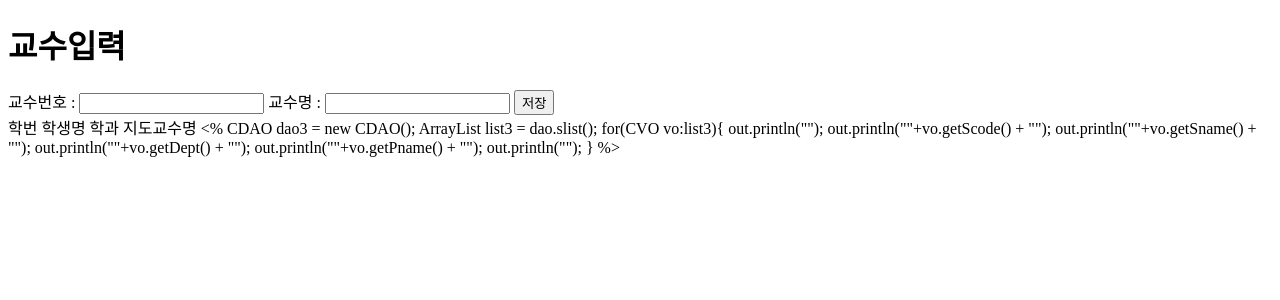
Repository: carminesteel/html
Page: 0406/ex0507/WebContent/pinsert.html
The author's editor kept a copy of each file at every save. The page is drawn from the files as they stood at one save, then again after the next save.
The browser window is 1280 px wide. The pictures show the whole page.
Some web libraries are served in a nearby version.

Above is the page before, as saved 2020-05-07 01:41:06.

After the next save:
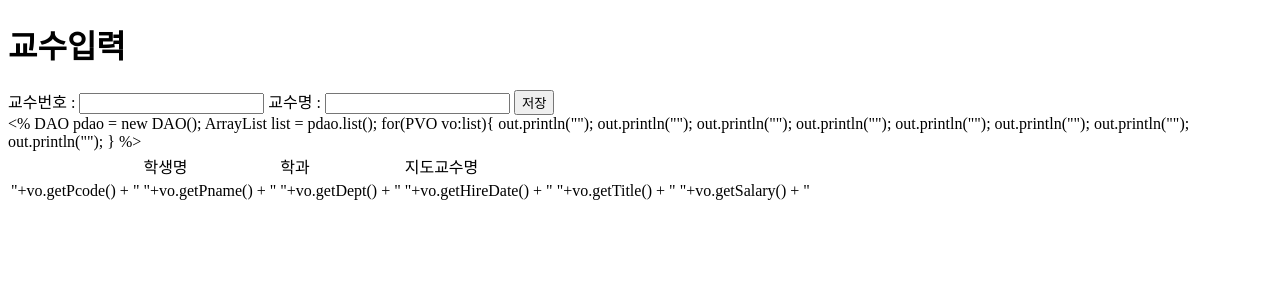
Saved 4 min 25 s later.
--- a/0406/ex0507/WebContent/pinsert.html
+++ b/0406/ex0507/WebContent/pinsert.html
@@ -13,24 +13,28 @@
 		교수명 : <input type = "text" id= "txtpname">
 		<input type = "button" id = "btnSave" value="저장">
 	</div>
+	<table>
 	<tr class = stitle>
-			<td>학번</td>
+			<td></td>
 			<td>학생명</td>
 			<td>학과</td>
 			<td>지도교수명</td>
 		</tr>
 		<%
-		CDAO dao3 = new CDAO();
-		ArrayList<CVO> list3 = dao.slist();
-		for(CVO vo:list3){
+		DAO pdao = new DAO();
+		ArrayList<PVO> list = pdao.list();
+		for(PVO vo:list){
 			out.println("<tr class = srow>");
-			out.println("<td class = scode>"+vo.getScode() + "</td>");
-			out.println("<td>"+vo.getSname() + "</td>");
+			out.println("<td class = scode>"+vo.getPcode() + "</td>");
+			out.println("<td>"+vo.getPname() + "</td>");
 			out.println("<td>"+vo.getDept() + "</td>");
-			out.println("<td>"+vo.getPname() + "</td>");
+			out.println("<td>"+vo.getHireDate() + "</td>");
+			out.println("<td>"+vo.getTitle() + "</td>");
+			out.println("<td>"+vo.getSalary() + "</td>");
 			out.println("</tr>");
 		}
 		%>
+	</table>
 </body>
 <script>
 	$("#btnSave").on("click", function(){
